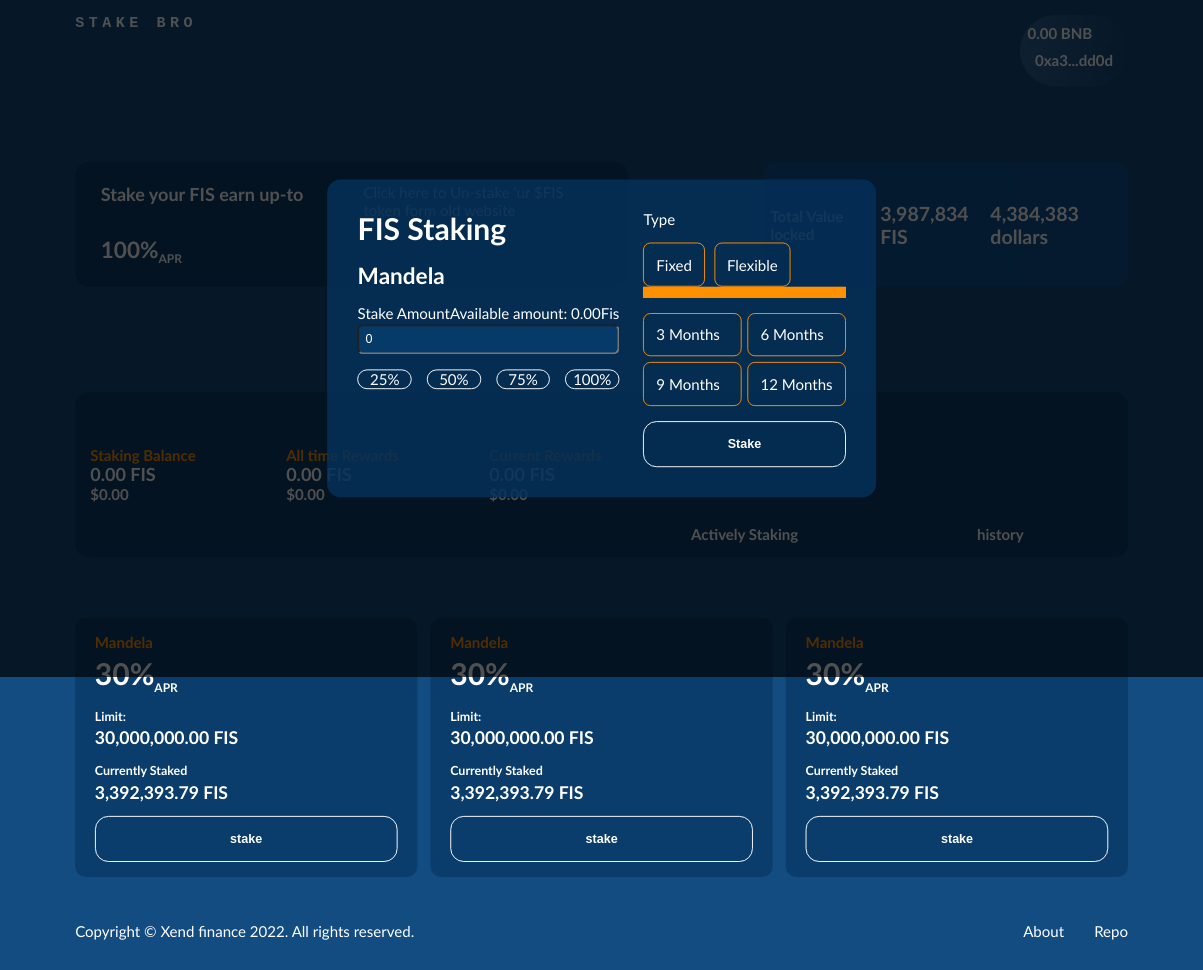
Repository: NorVirae/Stake
Page: /, after clicking the first element matching `button.stake-button`
The author's editor kept a copy of each file at every save. The page is drawn from the files as they stood at one save, then again after the next save.
The browser window is 1280 px wide. The pictures show the whole page, at 94% of full size.
The project was rebuilt for these pictures with package versions that can differ from the ones it lists, and the page was loaded fresh each time.

Above is the page before, as saved 2022-04-18 19:38:32.

After the next save:
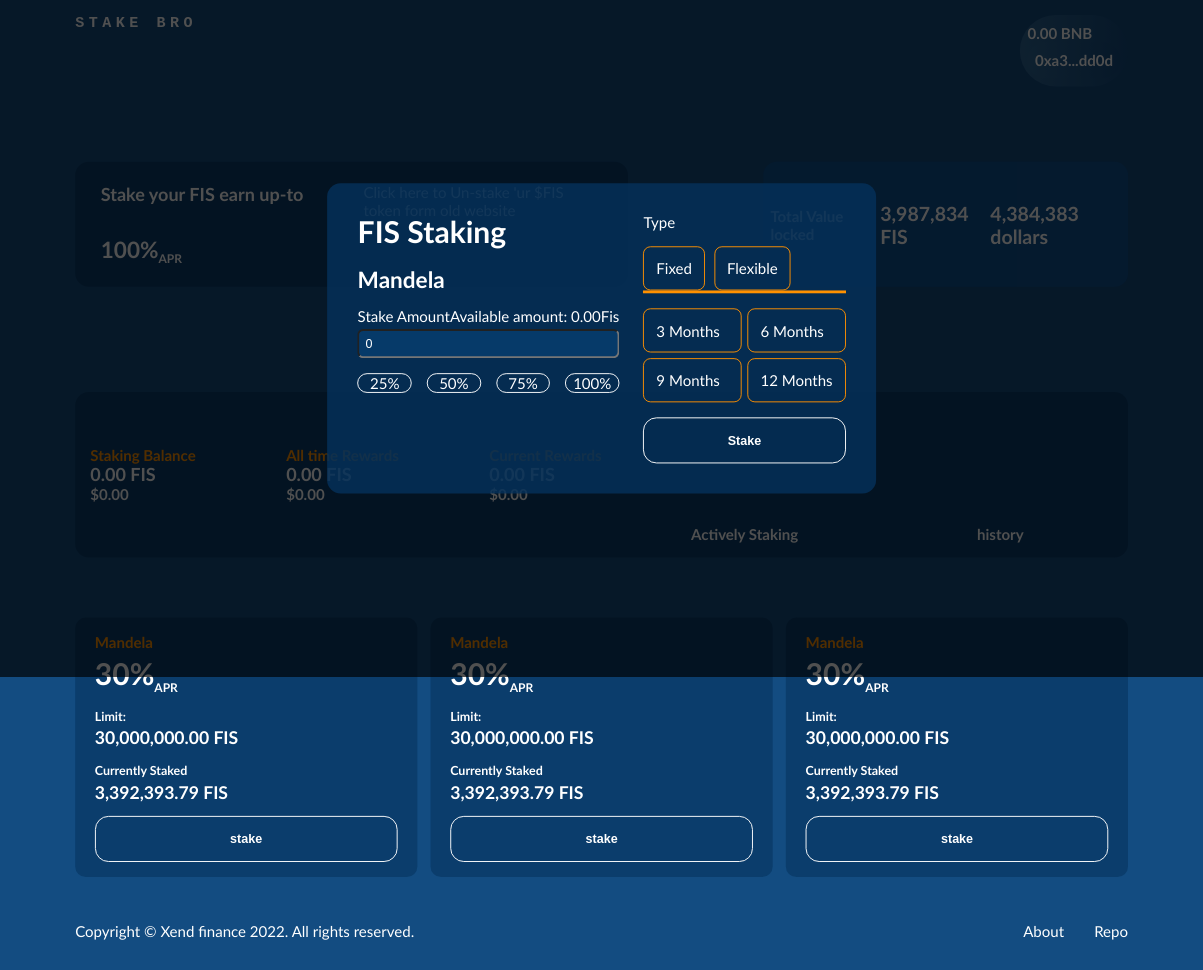
Saved 18 s later.
--- a/src/styles/app.css
+++ b/src/styles/app.css
@@ -363,7 +363,7 @@ footer ul{
     display: flex;
     gap: .6rem;
 
-    border-bottom: .8rem solid #FF9100;
+    border-bottom: .2rem solid #FF9100;
 
 }
 
